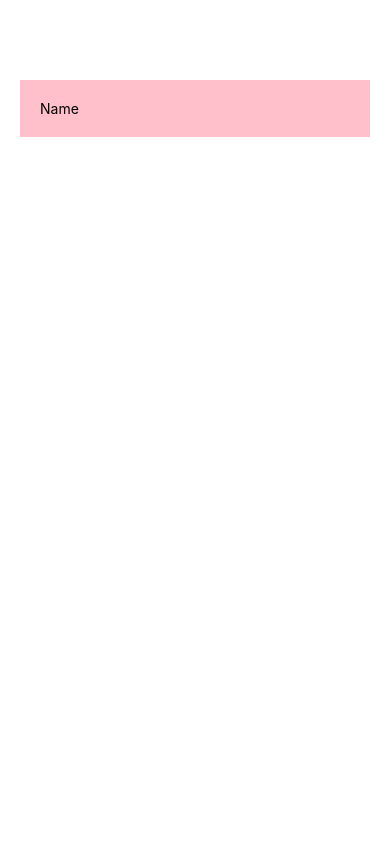
Repository: akinmiday/ReactNativeApp
Screen: /
An editor plug-in stored every save of this project. The screen is shown before and after the next save, followed by the edit.
The app was drawn by React Native's web renderer in a window 390 px wide. The project was rebuilt for these pictures with package versions that can differ from the ones it lists, and the page was loaded fresh each time.

Above is the screen before, as saved 2023-08-05 06:18:53.

### App.js
import { View, Switch, Text, TextInput } from "react-native";
import styles from "./styles";
import { useState } from "react";

export default function App() {
  const { container, text, input } = styles;

  const [name, setName] = useState("");
  return (
    <View style={container}>
      <TextInput
        style={input}
        placeholder="Name"
        onChangeText={(text) => setName(text)}
      />
    </View>
  );
}

### styles.js
import { StyleSheet } from "react-native";

const styles = StyleSheet.create({
  container: {
    marginTop: 40,
    padding: 20,
    backgroundColor: "#fff",
    flex: 1,
  },
  input: {
    backgroundColor: "pink",
    marginTop: 20,
    padding: 20,
  },
  text: {
    fontSize: 20,
    color: "blue",
    fontWeight: "bold",
  },
  button: {
    backgroundColor: "yellow",
    padding: 15,
    alignItems: "center",
    width: "50%",
    alignSelf: "center",
    borderWidth: 5,
    borderColor: "green",
  },
});

export default styles;

### CustomButton.js
import { View, Text, TouchableOpacity } from "react-native";
import React from "react";
import styles from "./styles";

export default function CustomButton(props) {
  const { button, text } = styles;
  const { name, click } = props;

  return (
    <TouchableOpacity onPress={() => click()}>
      <View style={button}>
        <Text style={text}>{name}</Text>
      </View>
    </TouchableOpacity>
  );
}

After the next save:
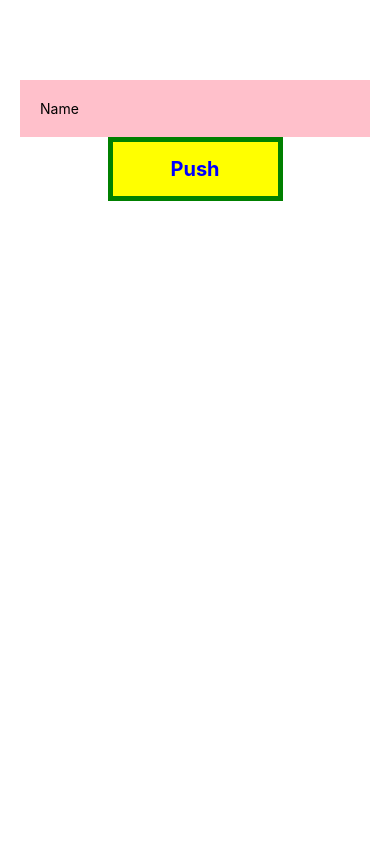
Saved 87 s later.
--- a/App.js
+++ b/App.js
@@ -1,11 +1,16 @@
 import { View, Switch, Text, TextInput } from "react-native";
 import styles from "./styles";
 import { useState } from "react";
+import CustomButton from "./CustomButton";
 
 export default function App() {
   const { container, text, input } = styles;
 
   const [name, setName] = useState("");
+  const clickMe = () => {
+    console.log(name);
+  };
+
   return (
     <View style={container}>
       <TextInput
@@ -13,6 +18,7 @@ export default function App() {
         placeholder="Name"
         onChangeText={(text) => setName(text)}
       />
+      <CustomButton name="Push" />
     </View>
   );
 }
